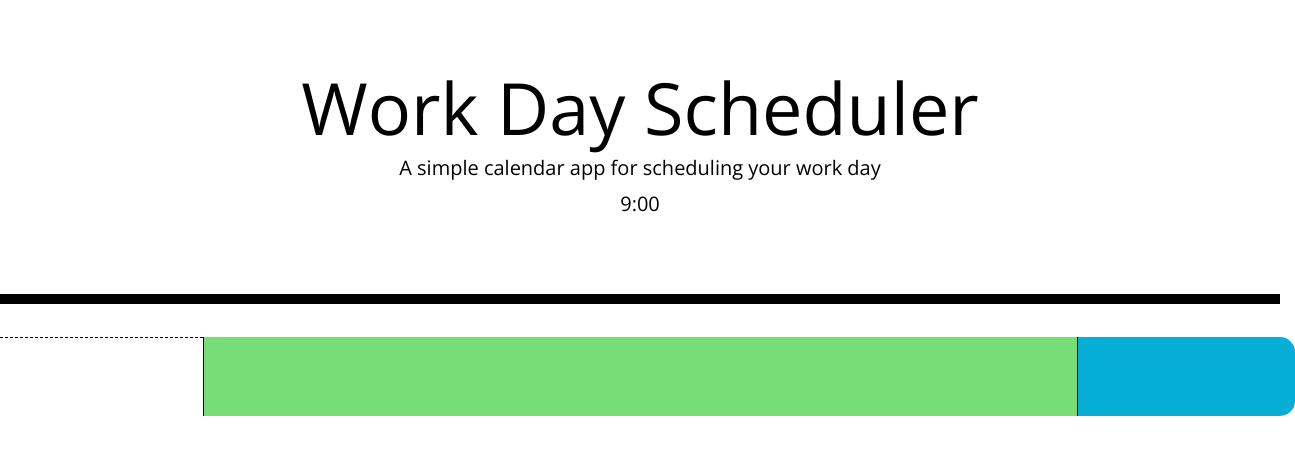
Repository: s88leigh/Day-Planner
Page: Develop/index.html
An editor plug-in stored every save of this project. The page is shown before and after the next save, followed by the edit.
The browser window is 1280 px wide. The page is 1295 px wide, so the pictures cover 1295 px, including what lies to the right of the window. The pictures show the whole page.
Some web libraries are served in a nearby version.

Above is the page before, as saved 2019-10-27 16:57:35.

After the next save:
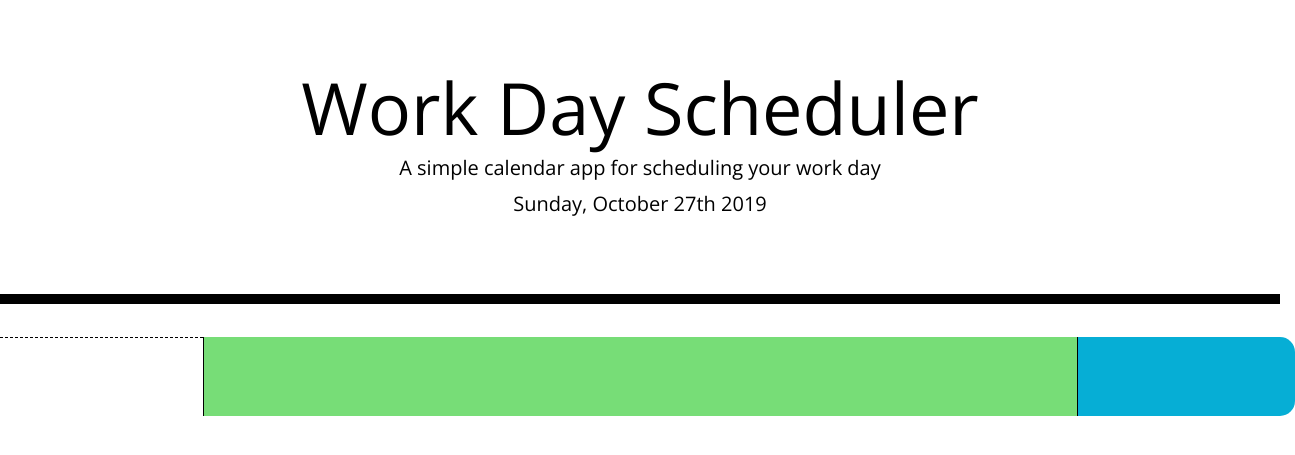
Console error: SyntaxError: Identifier 'curDay' has already been declared
Saved 54 s later.
--- a/Develop/index.html
+++ b/Develop/index.html
@@ -47,7 +47,7 @@
     </div>
 
 
-    <!-- <script>
+    <script>
       const curDay = document.querySelector(".currentDay");
 
       function updateTime(){
@@ -66,6 +66,6 @@
 
     <script src="https://code.jquery.com/jquery-3.4.1.min.js"></script>
     <script src="https://cdnjs.cloudflare.com/ajax/libs/moment.js/2.24.0/moment.min.js"></script>
-    <script src="script.js"></script> -->
+    <script src="script.js"></script>
     </body>
 </html>
